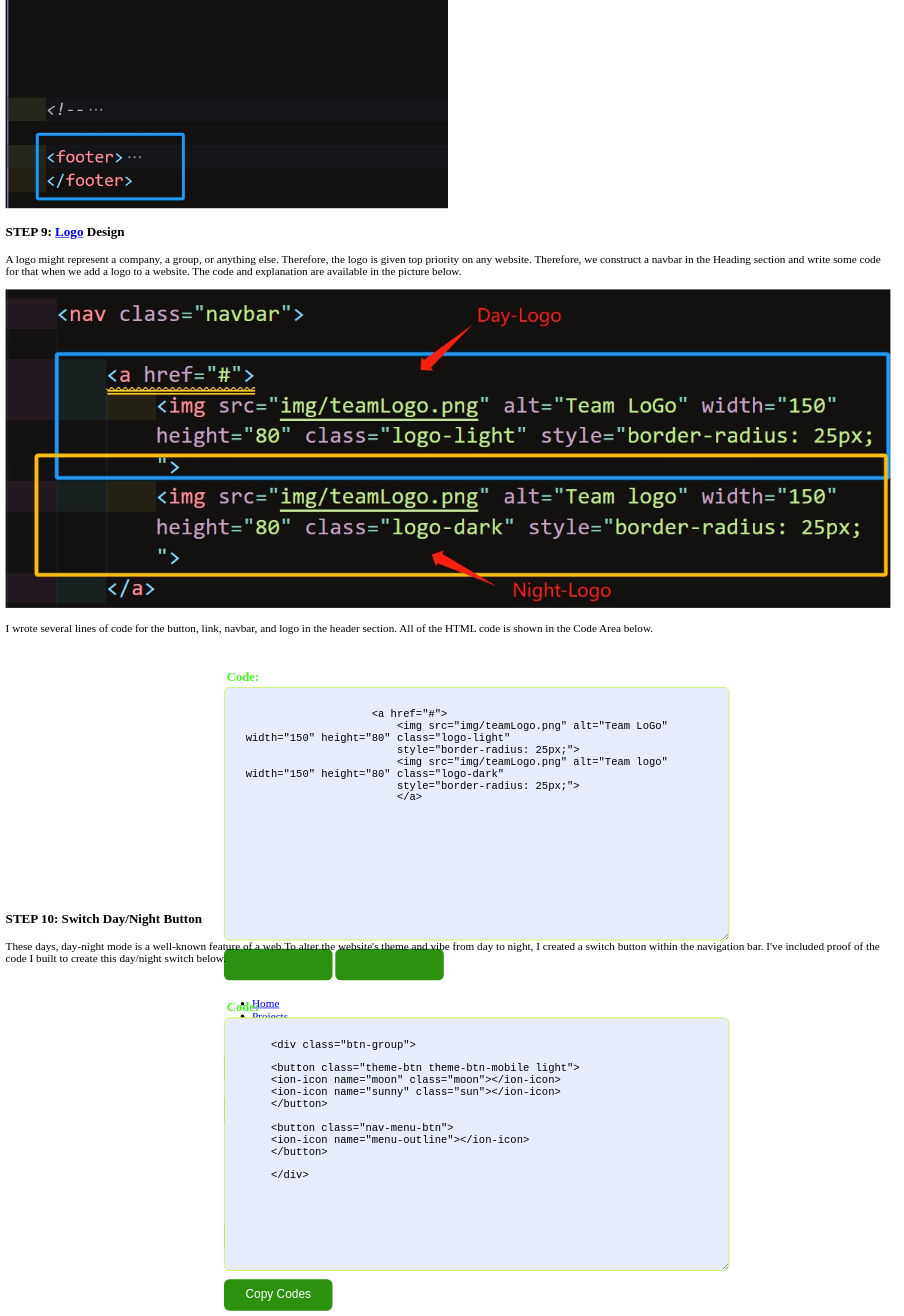
Repository: NexMaker-Fab/2023zjudem-INNOGENIUSES
Page: build web/page.html
The author's editor kept a copy of each file at every save. The page is drawn from the files as they stood at one save, then again after the next save.
The browser window is 1280 px wide. The page is 1292 px wide, so the pictures cover 1292 px, including what lies to the right of the window. The pictures show the part of the page from y = 2769 to 4649 px (the page is 4649 px tall), at 70% of full size.

Above is the page before, as saved 2023-11-27 20:04:11.

After the next save:
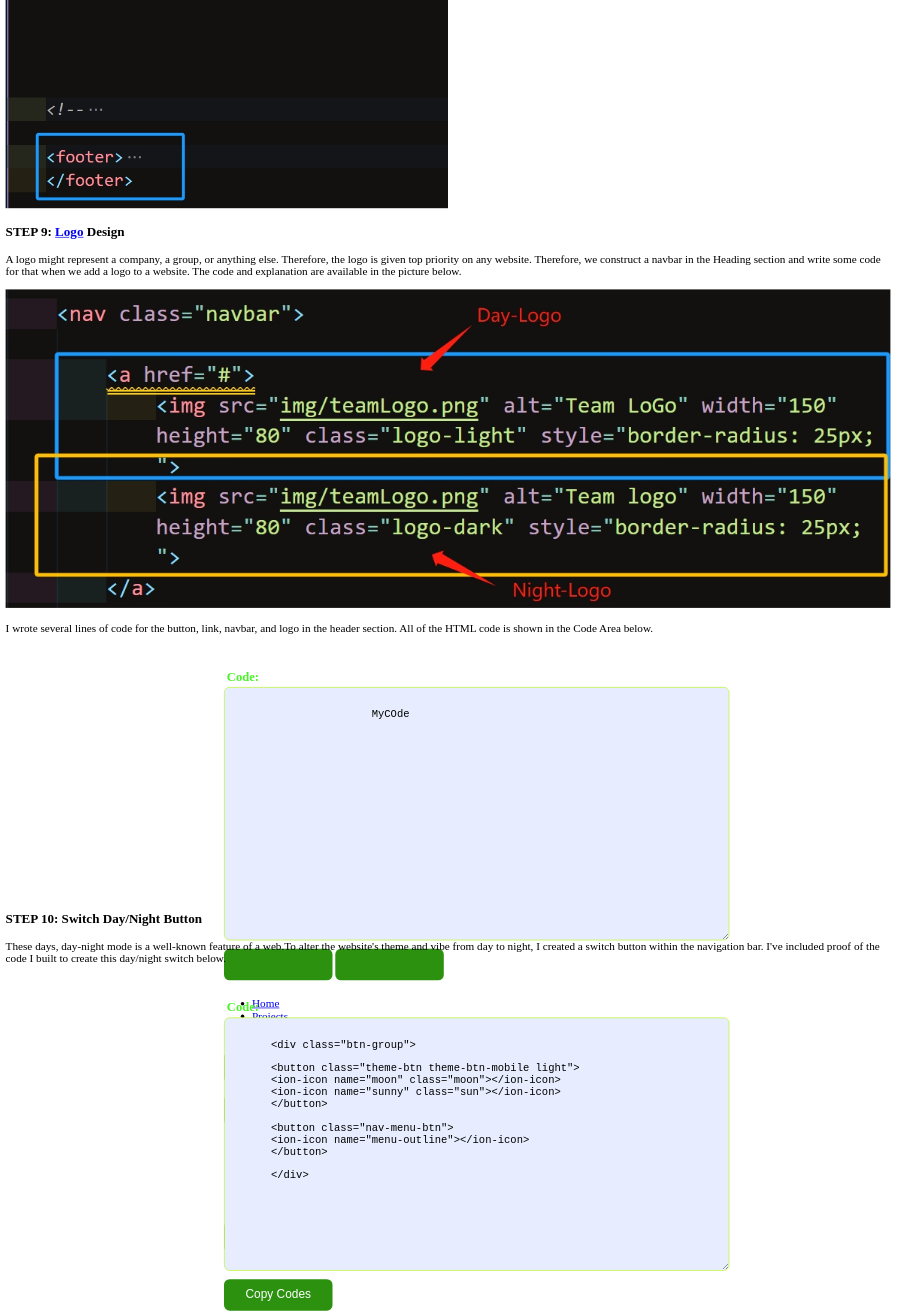
Saved 30 s later.
--- a/build web/page.html
+++ b/build web/page.html
@@ -53,12 +53,7 @@
         <div class="code-box codeBox">
             <div class="topic">Code:</div>
             <textarea id="codeBox" readonly>
-                    <a href="#">
-                        <img src="img/teamLogo.png" alt="Team LoGo" width="150" height="80" class="logo-light"
-                        style="border-radius: 25px;">
-                        <img src="img/teamLogo.png" alt="Team logo" width="150" height="80" class="logo-dark"
-                        style="border-radius: 25px;">
-                        </a>
+                    MyCOde
                 </textarea>
             <div class="btn-group">
 
